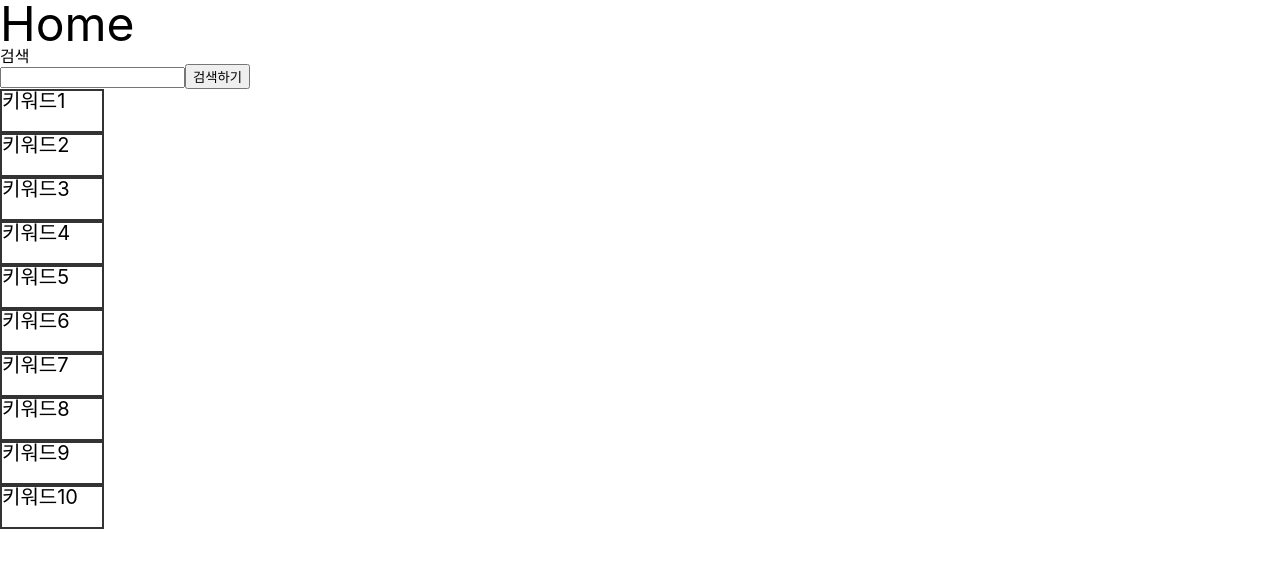
Repository: sunoo-lee/Star-Explore
Page: /
These files come from the project's save history. The page is drawn as it stood at one moment and after the next save; the edit follows.
The browser window is 1280 px wide. The pictures show the whole page.
The project was rebuilt for these pictures with package versions that can differ from the ones it lists, and the page was loaded fresh each time.

Above is the page before, as saved 2022-10-14 03:16:01.

### src/index.js
import React from "react";
import ReactDOM from "react-dom/client";
import "./reset.css";
import "./Style.css";
import App from "./components/App";
// import reportWebVitals from "./reportWebVitals";

const root = ReactDOM.createRoot(document.getElementById("root"));
root.render(
  <React.StrictMode>
    <App />
  </React.StrictMode>
);

// reportWebVitals();

### src/Style.css
body {
  margin: 0;
  font-family: -apple-system, BlinkMacSystemFont, "Segoe UI", "Roboto", "Oxygen",
    "Ubuntu", "Cantarell", "Fira Sans", "Droid Sans", "Helvetica Neue",
    sans-serif;
  -webkit-font-smoothing: antialiased;
  -moz-osx-font-smoothing: grayscale;
}

code {
  font-family: source-code-pro, Menlo, Monaco, Consolas, "Courier New",
    monospace;
}

h1 {
  font-size: 3rem;
}
.keyword ul li {
}
.keyword ul li span {
  display: inline-block;
  font-size: 20px;
  width: 100px;
  height: 40px;
  border: 2px solid #333333;
}

### src/components/App.js
import AppRouter from "./Router";

function App() {
  return (
    <>
      <AppRouter />
    </>
  );
}

export default App;

### src/components/Router.js
import { HashRouter as Router, Route, Routes } from "react-router-dom";
import Home from "../routes/Home";

const AppRouter = () => {
  return (
    <Router>
      <Routes>
        <Route exact path="/" element={<Home />} />
      </Routes>
    </Router>
  );
};

export default AppRouter;

### src/routes/Home.js
import React from "react";

const Home = () => {
  return (
    <div>
      <h1>Home</h1>
      <div className="nav">
        <form>
          <div>검색</div>
          <input type="text" />
          <button>검색하기</button>
        </form>
        <div className="keyword">
          <ul>
            <li>
              <span>키워드1</span>
            </li>
            <li>
              <span>키워드2</span>
            </li>
            <li>
              <span>키워드3</span>
            </li>
            <li>
              <span>키워드4</span>
            </li>
            <li>
              <span>키워드5</span>
            </li>
            <li>
              <span>키워드6</span>
            </li>
            <li>
              <span>키워드7</span>
            </li>
            <li>
              <span>키워드8</span>
            </li>
            <li>
              <span>키워드9</span>
            </li>
            <li>
              <span>키워드10</span>
            </li>
          </ul>
        </div>
      </div>
    </div>
  );
};

export default Home;

Loaded but not shown: public/index.html (common file); src/reset.css (common file)

After the next save:
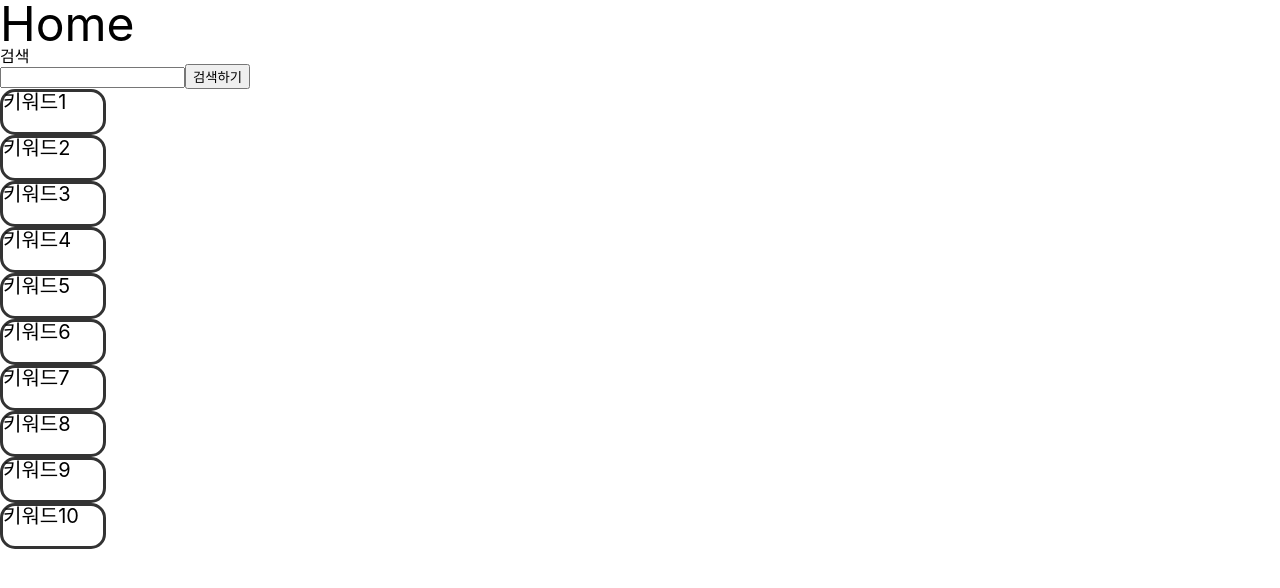
Saved 9 s later.
--- a/src/Style.css
+++ b/src/Style.css
@@ -22,5 +22,6 @@ h1 {
   font-size: 20px;
   width: 100px;
   height: 40px;
-  border: 2px solid #333333;
+  border: 3px solid #333333;
+  border-radius: 15px;
 }
